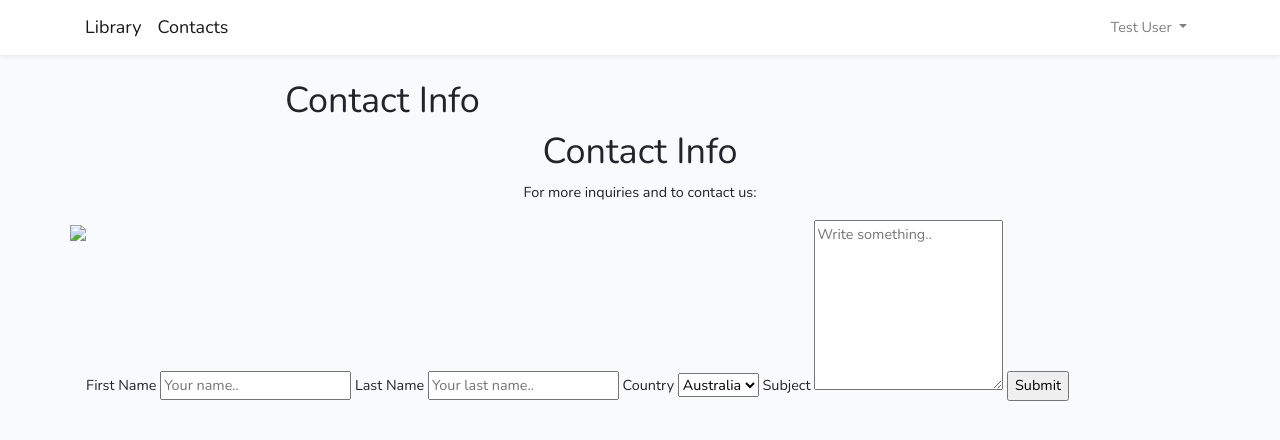
Repository: laravel-sys/groupOne
Page: http://localhost/contacts
An editor plug-in stored every save of this project. The page is shown before and after the next save, followed by the edit.
The browser window is 1280 px wide. The pictures show the whole page.
The page is served by the project's Laravel application, run on PHP 8.4 with Laravel 8. A made-up administrator, Test User (test@example.com), is signed in. Style sheets and scripts are compiled from the project's sources, by tool versions that may differ from the author's. Queries for data that is not in the repository find no rows.

Above is the page before, as saved 2021-03-26 22:32:17.

After the next save:
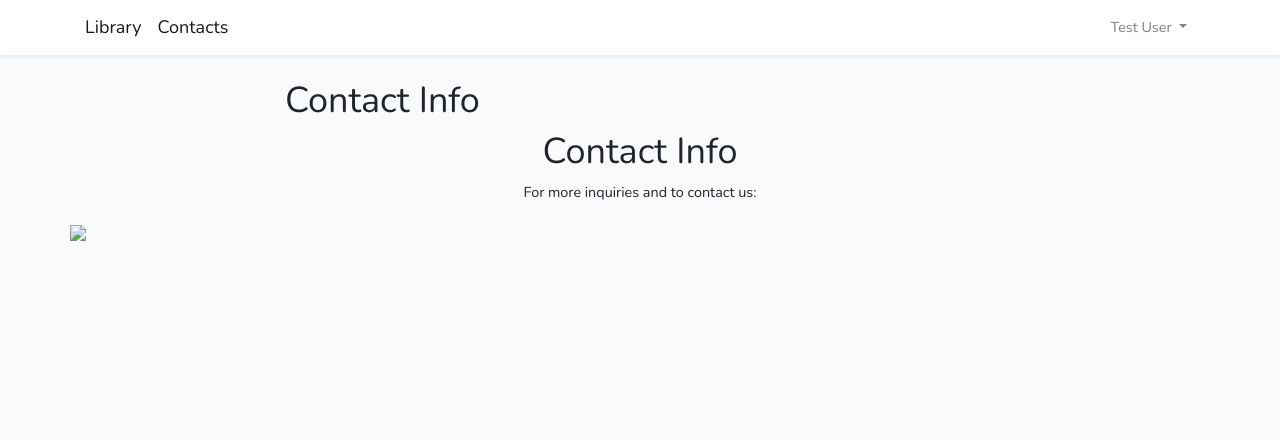
Saved 26 s later.
--- a/resources/views/index.blade.php
+++ b/resources/views/index.blade.php
@@ -30,21 +30,7 @@
                 <img src="/w3images/map.jpg" style="width:100%">
                 </div>
                 <div class="column">
-                <form action="/action_page.php">
-                    <label for="fname">First Name</label>
-                    <input type="text" id="fname" name="firstname" placeholder="Your name..">
-                    <label for="lname">Last Name</label>
-                    <input type="text" id="lname" name="lastname" placeholder="Your last name..">
-                    <label for="country">Country</label>
-                    <select id="country" name="country">
-                    <option value="australia">Australia</option>
-                    <option value="canada">Canada</option>
-                    <option value="usa">USA</option>
-                    </select>
-                    <label for="subject">Subject</label>
-                    <textarea id="subject" name="subject" placeholder="Write something.." style="height:170px"></textarea>
-                    <input type="submit" value="Submit">
-                </form>
+
                 </div>
               </div>
             </div>
